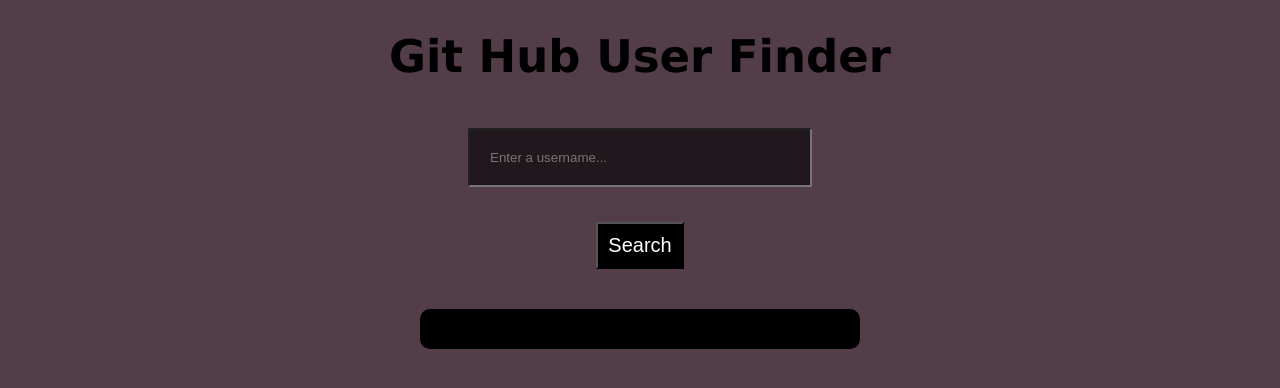
Repository: Dharshinimk-521/github-user-finder
Page: index.html
The author's editor kept a copy of each file at every save. The page is drawn from the files as they stood at one save, then again after the next save.
The browser window is 1280 px wide. The pictures show the whole page.
Some web fonts or font styles are not loaded; a fallback is used.

Above is the page before, as saved 2026-04-13 21:46:03.

After the next save:
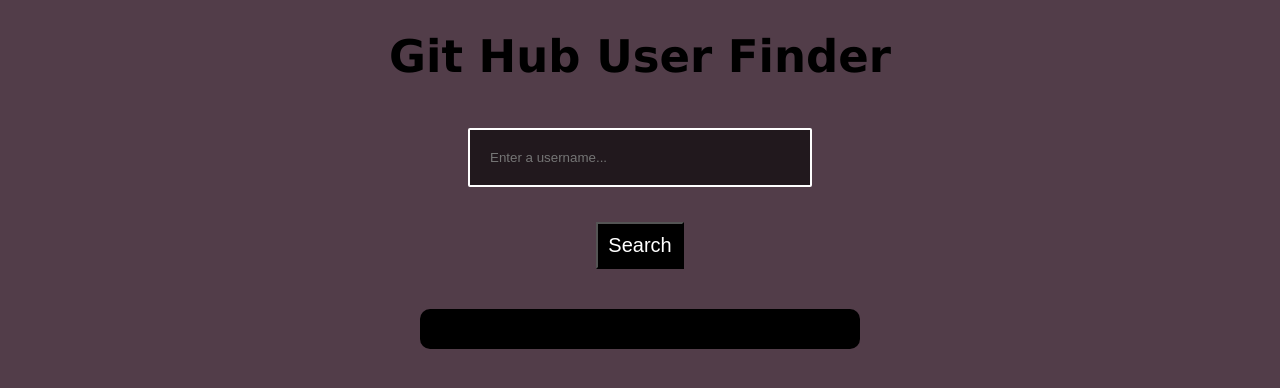
Saved 35 s later.
--- a/style.css
+++ b/style.css
@@ -13,7 +13,7 @@ body{
     color: white;
     padding: 20px;
     margin:15px;
-    border-style: 2px solid white;
+    border: 2px solid white;
     border-radius: 2px;
     outline:purple;
     width:300px;
@@ -66,3 +66,8 @@ body{
     height: 150px;
     border-radius: 50%;
 }
+#profile p {
+    width: 100%;
+    text-align: left;   /* cleaner for info */
+    margin: 5px 0;
+}
